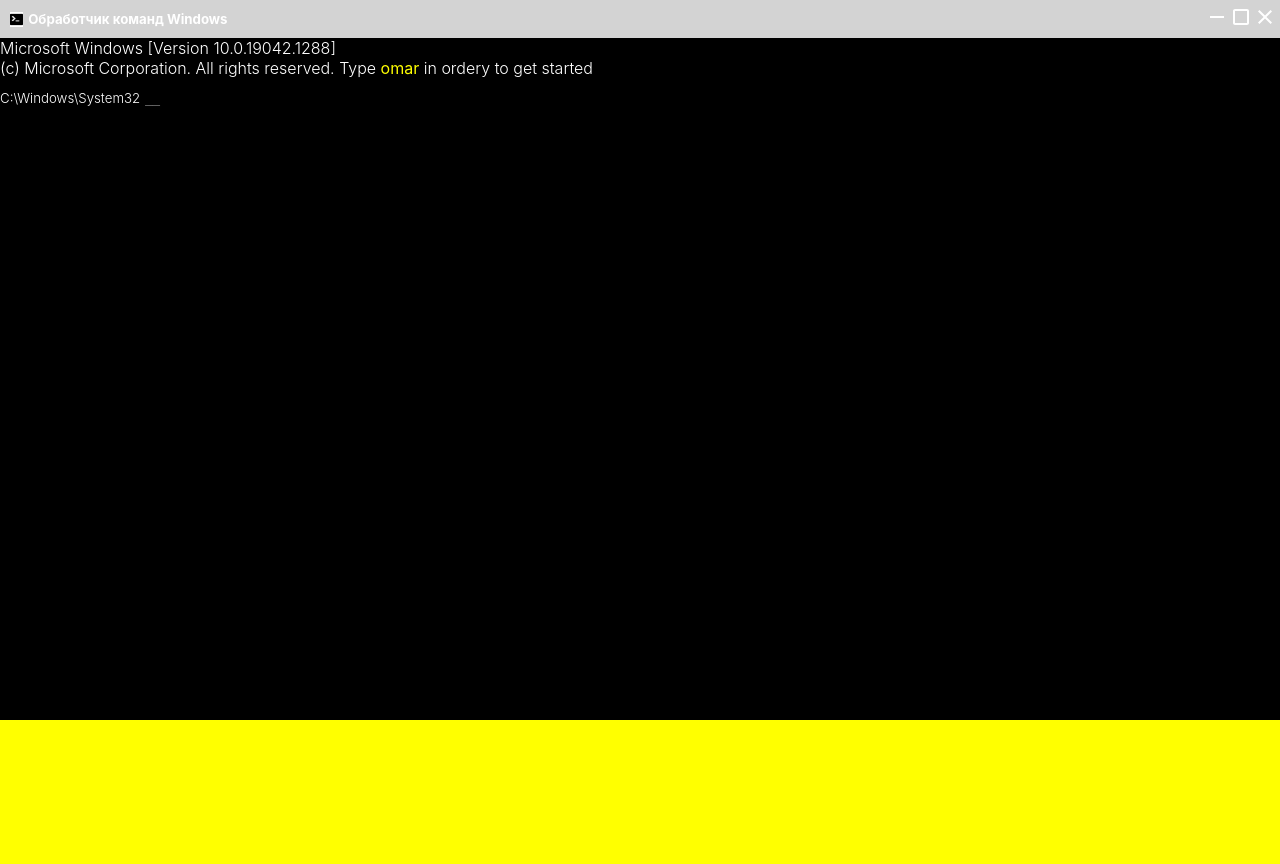
Repository: om1ars/cmd-port
Page: /
The author's editor kept a copy of each file at every save. The page is drawn from the files as they stood at one save, then again after the next save.
The browser window is 1280 px wide. The pictures show the whole page.
The project was rebuilt for these pictures with package versions that can differ from the ones it lists, and the page was loaded fresh each time.

Above is the page before, as saved 2021-11-04 16:51:20.

### src/index.css
* {
  margin: 0;
  overflow-x: hidden;
}
body {
  margin: 0;
  font-family: -apple-system, BlinkMacSystemFont, 'Segoe UI', 'Roboto', 'Oxygen',
    'Ubuntu', 'Cantarell', 'Fira Sans', 'Droid Sans', 'Helvetica Neue',
    sans-serif;
  -webkit-font-smoothing: antialiased;
  -moz-osx-font-smoothing: grayscale;
}

code {
  font-family: source-code-pro, Menlo, Monaco, Consolas, 'Courier New',
    monospace;
}

### src/App.js
import { Close, CropSquare, Fastfood, Remove } from "@material-ui/icons";
import { useState } from "react";
import cmd from "./assets/cdm3.png";
import { Footer } from "./Footer";
import "./styles.css";

function App() {
  const [state, setState] = useState("");
  const [stateSecond, setStateSecond] = useState("");
  const [omar, setOmar] = useState("");
  const [please, setPlease] = useState("");
  const [port, setPort] = useState("");
  const [about, setAbout] = useState("");
  const [exit, setExit] = useState("");
  const [shrink, setShrink] = useState(false);
  const [closeIcon, setCloseIcon] = useState(false);

  console.log(state);

  const handleSubmit = (e) => {
    e.preventDefault();
    setState("");
  };

  const handleSubmitSecond = (e) => {
    e.preventDefault();
    setStateSecond("");
  };

  const handleClick = () => {
    if (state === "omar") {
      setOmar("omar");
      setPlease("");
    } else if (state === "") {
      setPlease("Please type something otherwise you can not see anything");
      setOmar("");
    }
  };
  const handleClickSecond = () => {
    if (stateSecond === "exit") {
      setExit("exited");
      setAbout("");
      setPort("");
    } else if (stateSecond === "port") {
      setPort("port");
      setAbout("");
      setExit("");
    } else if (stateSecond === "about") {
      setPort("about");
      setAbout("");
      setExit("");
    }
  };

  const handleShrink = () => {
    setShrink(!shrink);
  };

  const handleCloseIcon = () => {
    setCloseIcon(!closeIcon);
  };

  return (
    <>
    <div
      className={`App__container ${shrink && `shrink`} ${closeIcon && `close`}`}
    >
      <div className="App__navbar">
        <div className="left">
          <img src={cmd} />
          <h5>Обработчик команд Windows</h5>
        </div>
        <div className="right">
          <Remove />
          <CropSquare onClick={handleShrink} />
          <Close onClick={handleCloseIcon} />
        </div>
      </div>
      <div className="app__context">
        <p>
          Microsoft Windows [Version 10.0.19042.1288] <br /> (c) Microsoft
          Corporation. All rights reserved. Type <span> omar </span> in ordery
          to get started
        </p>
        <h5>
          C:\Windows\System32
          <form onSubmit={handleSubmit}>
            <input
              value={state}
              onChange={(e) => setState(e.target.value)}
              type="text"
              placeholder="__"
            />
            <button type="submit" onClick={handleClick}></button>
          </form>
        </h5>
        {please && <h1>{please}</h1>}
        {omar && (
          <div className="second__layer">
            <h1>My name is Omar and I am a Fullstack Developer</h1>
            <p>
              Type <span>port</span> to get my portfolio
            </p>
            <p>
              Type <span>about</span> to get about me
            </p>
            <p>
              Type <span>exit</span> to quit
            </p>
            <h5>
              C:\Windows\System32
              <form onSubmit={handleSubmitSecond}>
                <input
                  value={stateSecond}
                  onChange={(e) => setStateSecond(e.target.value)}
                  type="text"
                  placeholder="__"
                />
                <button type="submit" onClick={handleClickSecond}></button>
              </form>
            </h5>
          </div>
        )}
        {port && <p className="">{port}</p>}
        {about && <p className="">{about}</p>}
        {exit && <p className="">{exit}</p>}
      </div>
    </div>
    <Footer />
    </>
  );
}

export default App;

### src/Footer.js
import React from "react";

export const Footer = () => {
  return (
    <div
      style={{ width: "100%", backgroundColor: "yellow", height: "20vh" }}
    ></div>
  );
};

### src/styles.css
.App__container {
  background-color: black;
  min-height: 100vh;
  color: white;

}
.App__navbar {
  /* height: 25px; */
  width: 99%;
  padding-right: 25px;
  background-color: lightgray;
  padding-left: 10px;
  padding-top: 5px;
  display: flex;
  padding-bottom: 5px;
  align-items: center;
}
.App__navbar > h5 {
  color: black;
}
.left {
  display: flex;
  align-items: center;
}
.left > img {
  height: 15px;
  margin-right: 5px;
  object-fit: contain;
}

.app__context > p {
  font-weight: 300;
}
.app__context > h5 {
  margin-top: 12px;
  font-weight: 300;
  margin-right: 5px;
}

input {
  border: none;
  outline: none;
  width: 80%;
  background-color: black;
}
input {
  color: yellow;
  margin-left: 3px;
}
button {
  display: none;
}
.app__context > h5 {
  display: flex;
}
.app__context > p > span {
  color: yellow;
  font-weight: 400;
}
.App__navbar {
  display: flex;
  align-items: center;
  justify-content: space-between;
}
.please {
  color: yellow;
  font-weight: 400;
}

.second__layer {
  display: flex;
  flex-direction: column;
}
.second__layer > p > span {
  color: yellow;
  font-weight: 400;
  margin-bottom: 10px;
}

.second__layer > h5 {
  margin-top: 25px;
}
.shrink {
  width: 800px;
  min-height: 500px;
  margin: auto;
}
.close {
  display: none;
}

Loaded but not shown: public/index.html (common file); src/index.js (common file)

After the next save:
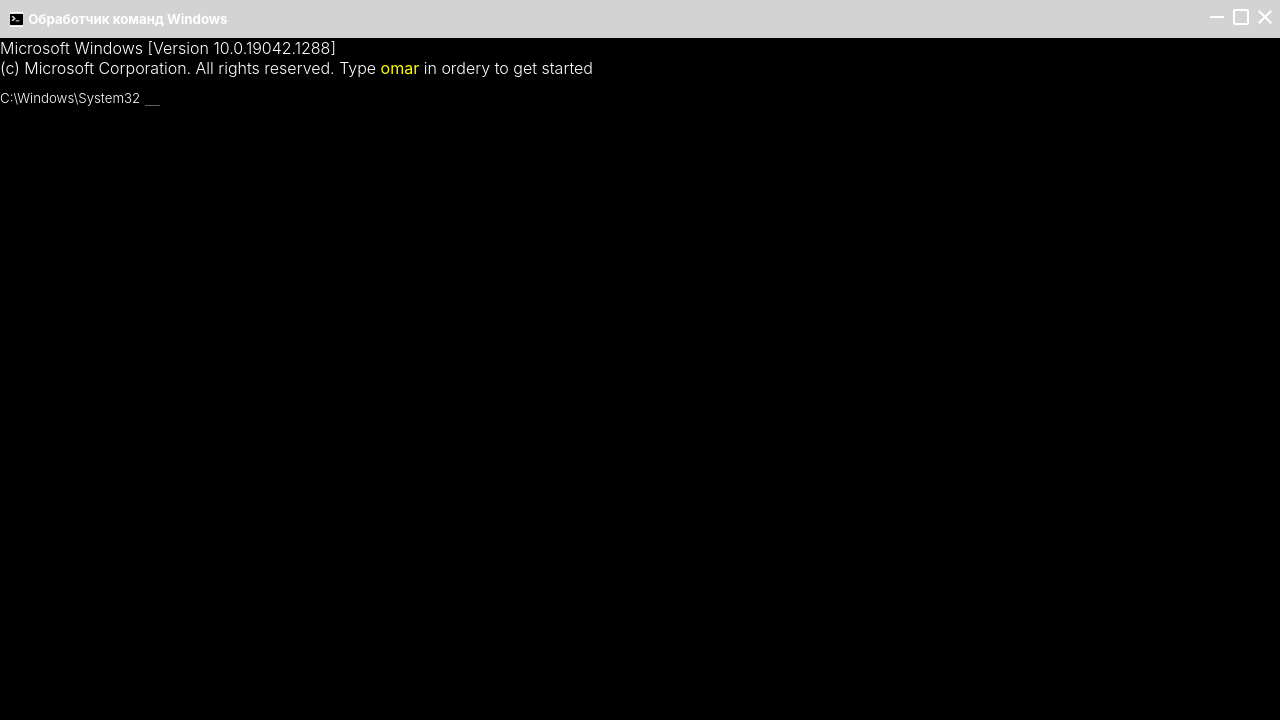
Saved 41 s later.
--- a/src/Footer.js
+++ b/src/Footer.js
@@ -1,9 +1,7 @@
 import React from "react";
 
 export const Footer = () => {
-  return (
-    <div
-      style={{ width: "100%", backgroundColor: "yellow", height: "20vh" }}
-    ></div>
-  );
+  return <div className='footer'>
+
+  </div>;
 };
